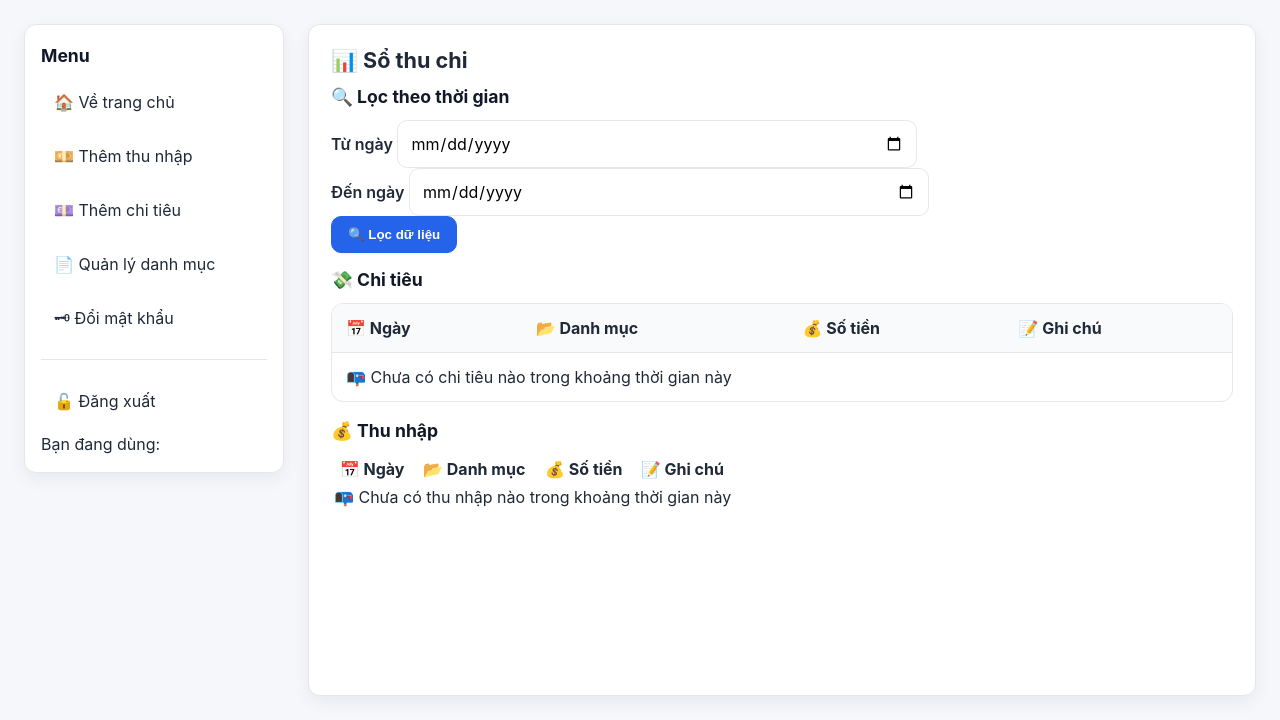
Repository: minhtvpy00202-git/KyThuatPhanMem_PY00202_MinhTV
Page: http://localhost/MiniExpense/WEB-INF/views/home.jsp
These files come from the project's save history. The page is drawn as it stood at one moment and after the next save; the edit follows.
The browser window is 1280 px wide. The pictures show the whole page.
The page is served by Tomcat 10. Nobody is signed in. Other server files are loaded and not shown. The template is opened directly, without the code that normally fills it, so the values that code supplies are empty.

Above is the page before, as saved 2025-10-17 19:35:11.

### Source code/MiniExpense/src/main/webapp/WEB-INF/views/home.jsp
<%@ page contentType="text/html; charset=UTF-8" %>
<%@ taglib prefix="fmt" uri="jakarta.tags.fmt" %>

<%
  request.setAttribute("pageTitle", "Trang chủ");
  request.setAttribute("body", "/WEB-INF/views/partials/home-body.jsp");
%>
<jsp:include page="/WEB-INF/views/layout.jsp"/>

### Source code/MiniExpense/src/main/webapp/WEB-INF/views/layout.jsp
<%@ page contentType="text/html; charset=UTF-8" %>
<%@ taglib prefix="c" uri="jakarta.tags.core" %>
<!DOCTYPE html>
<html lang="vi">
<head>
  <meta charset="UTF-8">
  <title><c:out value="${pageTitle != null ? pageTitle : 'Mini Expense'}"/></title>
  <meta name="viewport" content="width=device-width, initial-scale=1.0">
  <link rel="stylesheet" href="${pageContext.request.contextPath}/css/app.css">



</head>
<body>
  <div class="layout">
    <aside class="sidebar">
      <h3>Menu</h3>
      <nav class="menu">
      <!-- Nút về trang chủ -->
      <a href="${pageContext.request.contextPath}/home">🏠 Về trang chủ</a>

      <!-- Các mục thao tác -->
      <a href="${pageContext.request.contextPath}/tx/new?type=INCOME">💴 Thêm thu nhập</a>
      <a href="${pageContext.request.contextPath}/tx/new?type=EXPENSE">💷 Thêm chi tiêu</a>
      <a href="${pageContext.request.contextPath}/categories">📄 Quản lý danh mục</a>
      <a href="${pageContext.request.contextPath}/change-password">🗝 Đổi mật khẩu</a>
      <hr>
      <a href="${pageContext.request.contextPath}/logout">🔓 Đăng xuất</a>
      <div class="muted">Bạn đang dùng: <c:out value="${sessionScope.user != null ? sessionScope.user.username : ''}"/></div>
    	</nav>
    </aside>
<section class="content">
    <main>
      <jsp:include page="${body}"/>
    </main>
    </section>
  </div>
</body>
</html>

### Source code/MiniExpense/src/main/webapp/WEB-INF/views/partials/home-body.jsp
<%@ page contentType="text/html; charset=UTF-8"%>
<%@ taglib prefix="c" uri="jakarta.tags.core"%>
<%@ taglib prefix="fmt" uri="jakarta.tags.fmt"%>

<div class="container">
  <h2 >📊 Sổ thu chi</h2>

  <div class="compact-form">
    <h3 class="form-title">🔍 Lọc theo thời gian</h3>
    <form method="get" action="${pageContext.request.contextPath}/home" class="form-horizontal">
      <div class="form-group">
        <label class="form-label">Từ ngày</label>
        <input type="date" name="from" value="${from}" class="form-control">
      </div>
      <div class="form-group">
        <label class="form-label">Đến ngày</label>
        <input type="date" name="to" value="${to}" class="form-control">
      </div>
      <div class="form-group">
        <button type="submit" class="btn btn-primary">
          🔍 Lọc dữ liệu
        </button>
      </div>
    </form>
  </div>

  <div class="full-width-table">
    <div class="table-header">
      <h3>💸 Chi tiêu</h3>
    </div>
    <div class="table-container">
      <table class="table">
        <thead>
          <tr>
            <th>📅 Ngày</th>
            <th>📂 Danh mục</th>
            <th>💰 Số tiền</th>
            <th>📝 Ghi chú</th>
          </tr>
        </thead>
        <tbody>
          <c:forEach var="t" items="${expense}">
            <tr>
              <td ><fmt:formatDate value="${t.txDay}" pattern="dd/MM/yyyy"/></td>
              <td>

                  ${t.categoryName}

              </td>
              <td >
                -<fmt:formatNumber value="${t.amount}" pattern="#,##0.##" /> ₫
              </td>
              <td >${t.notes}</td>
            </tr>
          </c:forEach>
          <c:if test="${empty expense}">
            <tr>
              <td colspan="4" >
                📭 Chưa có chi tiêu nào trong khoảng thời gian này
              </td>
            </tr>
          </c:if>
        </tbody>
      </table>
    </div>
  </div>

  <div class="full-width-table">
    <div class="table-header">
      <h3>💰 Thu nhập</h3>
    </div>
    <div class="table-container">
      <table>
        <thead>
          <tr>
            <th>📅 Ngày</th>
            <th>📂 Danh mục</th>
            <th>💰 Số tiền</th>
            <th>📝 Ghi chú</th>
          </tr>
        </thead>
        <tbody>
          <c:forEach var="t" items="${income}">
            <tr>
              <td ><fmt:formatDate value="${t.txDay}" pattern="dd/MM/yyyy"/></td>
              <td>
                <span >
                  ${t.categoryName}
                </span>
              </td>
              <td >
                +<fmt:formatNumber value="${t.amount}" pattern="#,##0.##" /> ₫
              </td>
              <td >${t.notes}</td>
            </tr>
          </c:forEach>
          <c:if test="${empty income}">
            <tr>
              <td colspan="4" >
                📭 Chưa có thu nhập nào trong khoảng thời gian này
              </td>
            </tr>
          </c:if>
        </tbody>
      </table>
    </div>
  </div>
</div>

### Source code/MiniExpense/src/main/webapp/css/app.css
@charset "UTF-8";
/* ================================
   RESET + THEME TOKENS
================================= */
:root{
  --bg: #f5f7fb;
  --panel: #ffffff;
  --text: #1f2937;
  --muted: #6b7280;
  --primary: #2563eb;
  --primary-600:#1d4ed8;
  --border:#e5e7eb;
  --ring: rgba(37,99,235,.18);
  --success:#16a34a;
  --danger:#dc2626;
  --warning:#d97706;
  --radius: 12px;
  --shadow: 0 6px 18px rgba(16,24,40,.06);
}

*{box-sizing:border-box}
html,body{height:100%}
html{-webkit-text-size-adjust:100%}
body{
  margin:0;
  font-family: Inter, system-ui, -apple-system, "Segoe UI", Roboto, "Helvetica Neue", Arial, "Noto Sans", sans-serif;
  color:var(--text);
  background:var(--bg);
  line-height:1.5;
}

/* Links */
a{color:var(--primary);text-decoration:none}
a:hover{text-decoration:underline}

/* Headings */
h1,h2,h3{margin:0 0 .75rem;line-height:1.25}
h1{font-size:1.75rem}
h2{font-size:1.35rem}
h3{font-size:1.1rem;color:#111827}

/* ================================
   LAYOUT (Sidebar + Content)
================================= */
.layout{
  min-height:100vh;
  display:grid;
  grid-template-columns: 260px 1fr;
  gap:24px;
  padding:24px;
}

.sidebar{
  position:sticky; top:24px;
  align-self:start;
  background:var(--panel);
  border:1px solid var(--border);
  border-radius:var(--radius);
  box-shadow:var(--shadow);
  padding:16px;
}

.sidebar h3{
  margin:4px 0 12px;
  font-weight:700;
}

.menu{
  display:flex;
  flex-direction:column;
  gap:8px;
}
.menu a{
  display:flex; align-items:center; gap:10px;
  padding:10px 12px;
  border-radius:10px;
  color:var(--text);
  border:1px solid transparent;
}
.menu a:hover{
  background:#f3f6ff;
  border-color:#e3eaff;
  text-decoration:none;
}
.menu hr{
  border:0;height:1px;background:var(--border);
  margin:10px 0;
}
.sidebar .user{
  margin-top:8px;
  font-size:.875rem; color:var(--muted);
}

.content{
  background:var(--panel);
  border:1px solid var(--border);
  border-radius:var(--radius);
  box-shadow:var(--shadow);
  padding:22px;
}

/* Page section header */
.page-header{
  display:flex;align-items:center;justify-content:space-between;
  margin-bottom:14px;
}

/* ================================
   FORMS
================================= */
form{margin:10px 0 16px}
label{display:inline-block;margin:6px 0;font-weight:600}

input[type="text"],
input[type="password"],
input[type="number"],
input[type="date"],
select, textarea{
  width:min(520px,100%);
  padding:10px 12px;
  border:1px solid var(--border);
  border-radius:10px;
  background:#fff;
  outline:none;
  font:inherit;
  transition:border-color .15s ease, box-shadow .15s ease;
}
textarea{min-height:96px;resize:vertical}

input:focus, select:focus, textarea:focus{
  border-color:var(--primary);
  box-shadow:0 0 0 4px var(--ring);
}

/* Inline form row */
.form-row{display:flex;gap:10px;flex-wrap:wrap;align-items:center}

/* Buttons */
button, .btn{
  appearance:none; cursor:pointer;
  border:1px solid var(--primary);
  background:var(--primary);
  color:#fff;
  padding:10px 16px;
  border-radius:10px;
  font-weight:700;
  box-shadow:0 1px 0 rgba(0,0,0,.04);
}
button:hover,.btn:hover{background:var(--primary-600);border-color:var(--primary-600)}
.btn.secondary{background:#fff;color:var(--text);border-color:var(--border)}
.btn.danger{background:var(--danger);border-color:var(--danger)}
.btn.success{background:var(--success);border-color:var(--success)}

/* Button group inside table row */
.table-actions{display:flex;gap:8px}
.table-actions form{margin:0}

/* ================================
   TABLES
================================= */
.table{
  width:100%;
  border-collapse:separate;
  border-spacing:0;
  border:1px solid var(--border);
  border-radius:12px;
  overflow:hidden;
  margin:10px 0 18px;
}
.table th, .table td{
  padding:12px 14px;
  border-bottom:1px solid var(--border);
  vertical-align:top;
}
.table th{
  background:#f8fafc;
  text-align:left;
  font-weight:700;
}
.table tr:last-child td{border-bottom:0}
.table td.num{text-align:right}
.table .empty{
  text-align:center; color:var(--muted); font-style:italic;
}

/* Section titles like 'Chi tiêu', 'Thu nhập' */
.section{
  margin-top:18px;
}
.section h3{
  display:flex; align-items:center; gap:10px;
  padding-bottom:8px;
  border-bottom:1px dashed var(--border);
  margin-bottom:10px;
}

/* Flash messages */
.flash{
  margin:10px 0 14px;
  padding:12px 14px;
  border-radius:10px;
  border:1px solid var(--border);
  background:#f9fafb;
}
.flash.success{background:#ecfdf5;border-color:#bbf7d0;color:#065f46}
.flash.error{background:#fef2f2;border-color:#fecaca;color:#991b1b}
.flash.info{background:#eff6ff;border-color:#bfdbfe;color:#1e40af}

/* Login card (nếu login không dùng layout) */
.login-card{
  max-width:420px;margin:12vh auto;padding:28px;
  background:var(--panel);border:1px solid var(--border);
  border-radius:16px; box-shadow:var(--shadow);
}
.login-card h2{text-align:center;margin-bottom:12px}

/* Utilities */
.m-0{margin:0}.mt-8{margin-top:8px}.mt-16{margin-top:16px}.mb-8{margin-bottom:8px}.mb-16{margin-bottom:16px}
.grid{display:grid;gap:12px}
.right{text-align:right}

/* ================================
   RESPONSIVE
================================= */
@media (max-width: 992px){
  .layout{grid-template-columns:1fr;padding:16px}
  .sidebar{position:static;height:auto}
}

After the next save:
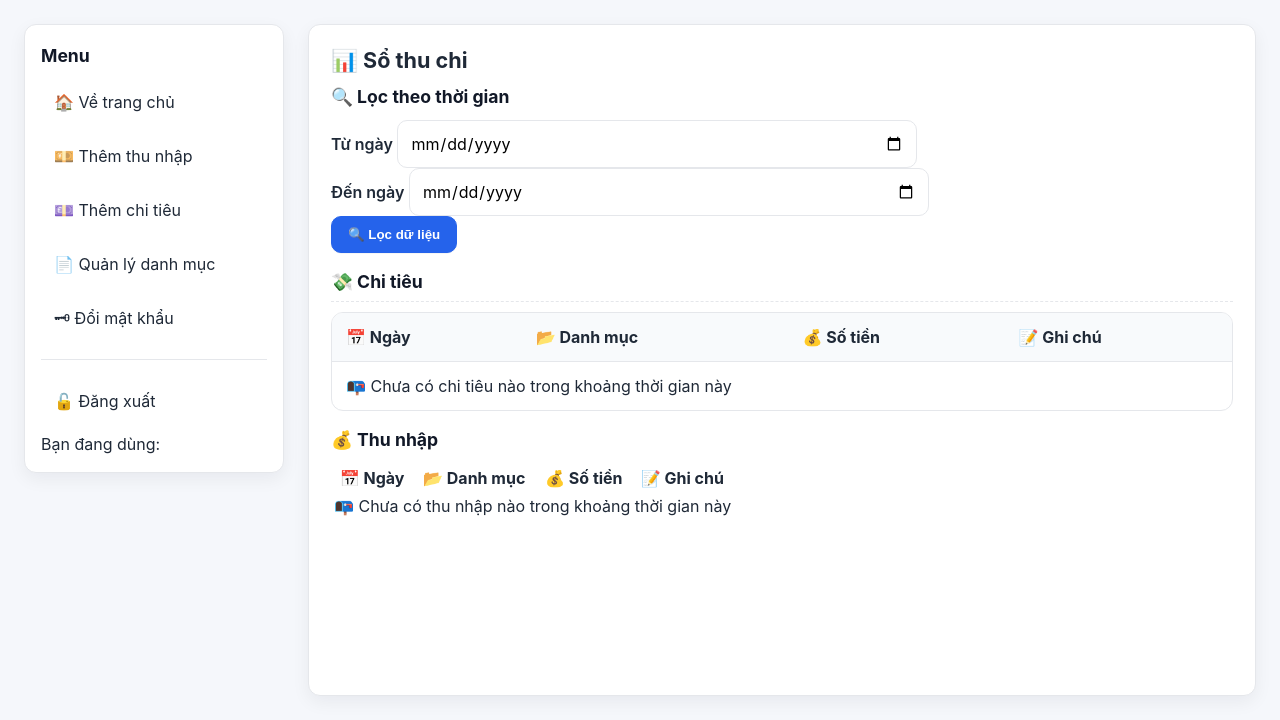
Saved 54 s later.
--- a/Source code/MiniExpense/src/main/webapp/WEB-INF/views/partials/home-body.jsp
+++ b/Source code/MiniExpense/src/main/webapp/WEB-INF/views/partials/home-body.jsp
@@ -26,7 +26,9 @@
 
   <div class="full-width-table">
     <div class="table-header">
+    <div class="section">
       <h3>💸 Chi tiêu</h3>
+      </div>
     </div>
     <div class="table-container">
       <table class="table">
